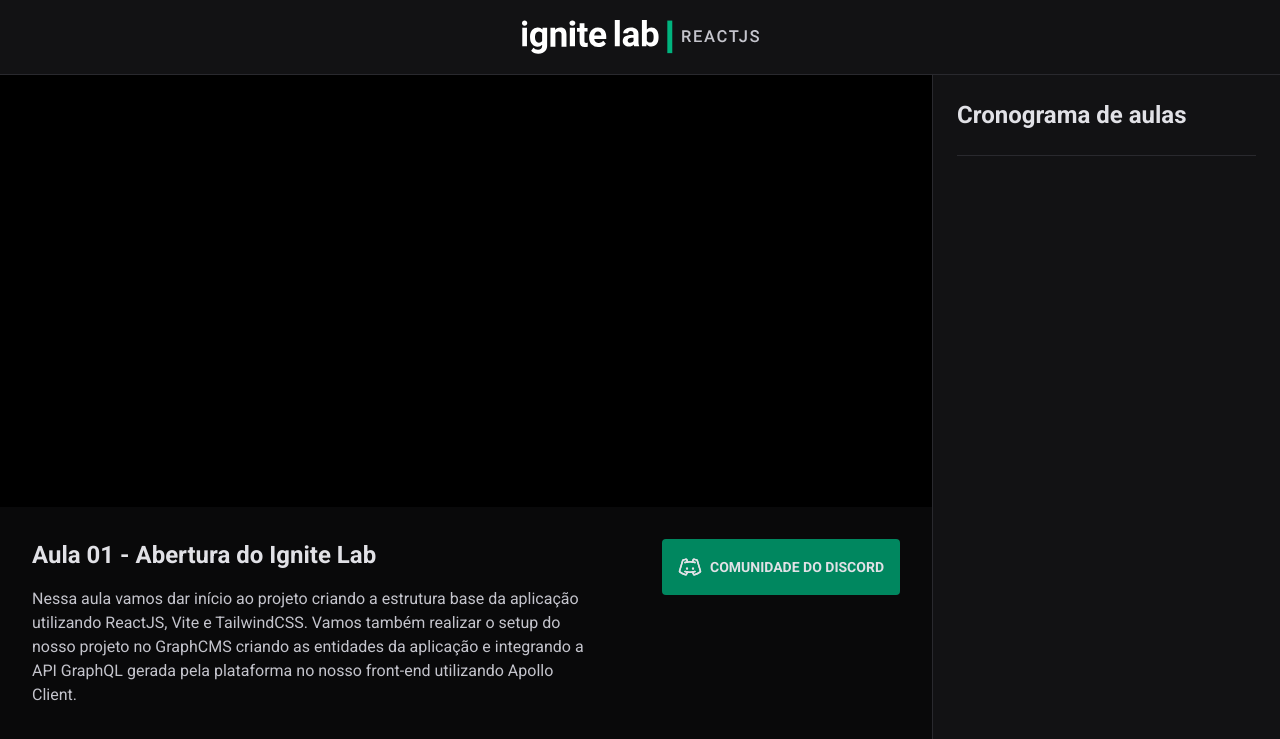
Repository: XFERRER7/Ignite-lab
Page: /
An editor plug-in stored every save of this project. The page is shown before and after a run of saves, followed by the edit.
The browser window is 1280 px wide. The pictures show the whole page.
The page's requests for data from a server got no answer. The project was rebuilt for these pictures with package versions that can differ from the ones it lists, and the page was loaded fresh each time. No one was signed in, and anything a server would have sent is missing. Also part of the build but not shown: vite.config.ts, src/components/Lesson.tsx.

Above is the page before, as saved 2022-06-26 01:54:39.

### index.html
<!DOCTYPE html>
<html>
  <head>
    <meta charset="UTF-8" />
    <link rel="icon" type="image/svg+xml" href="/src/favicon.svg" />
    <meta name="viewport" content="width=device-width, initial-scale=1.0" />
    <title>Event Platform</title>
    <link rel="preconnect" href="https://fonts.googleapis.com">
<link rel="preconnect" href="https://fonts.gstatic.com" crossorigin>
<link href="https://fonts.googleapis.com/css2?family=Roboto:wght@400;500;700&display=swap" rel="stylesheet">
  </head>
  <body>
    <div id="root"></div>
    <script type="module" src="/src/main.tsx"></script>
  </body>
</html>

### src/main.tsx
import { ApolloProvider } from '@apollo/client'
import React from 'react'
import ReactDOM from 'react-dom/client'
import App from './App'
import { client } from './lib/apollo'
import './styles/Global.css'

ReactDOM.createRoot(document.getElementById('root')!).render(
  <React.StrictMode>
    <ApolloProvider client={client}>
    <App />
    </ApolloProvider>
  </React.StrictMode>
)

### src/App.tsx
import { Header } from "./components/Header"
import { Lesson } from "./components/Lesson"
import { SideBar } from "./components/SideBar"
import { Video } from "./components/Video"
import { Event } from "./pages/Event"

function App() {

  return (
    <div>
      <Event/>
    </div>
  )
}

export default App

### src/lib/apollo.ts
import { ApolloClient, InMemoryCache } from "@apollo/client";

export const client = new ApolloClient({
  uri: 'https://api-sa-east-1.graphcms.com/v2/cl4oe0npq21lo01xi4o5e7kb5/master',
  cache: new InMemoryCache()
})

### src/styles/Global.css
@tailwind base;
@tailwind components;
@tailwind utilities;

body {
  @apply text-gray-100 bg-gray-900;
  -webkit-font-smoothing: antialiased;
}

### src/pages/Event.tsx
import React from 'react'
import { Header } from '../components/Header'
import { SideBar } from '../components/SideBar'
import { Video } from '../components/Video'

export const Event = () => {
  return (
    <>
    <div className='flex flex-col min-h-screen'>
      <Header/>
      <main className='flex flex-1'>
      <Video/>
      <SideBar/>
      </main>
    </div>

    </>
  )
}

### src/components/Header.tsx
import React from 'react'
import { Logo } from './Logo'

export const Header = () => {
  return (
    <header className='w-full py-5 flex items-center justify-center bg-gray-700 border-b border-gray-600'>
      <Logo/>
    </header>
  )
}

### src/components/SideBar.tsx
import { gql, useQuery } from '@apollo/client'
import React from 'react'
import { Lesson } from './Lesson'


const GET_LESSONS_QUERY = gql`
  query {
    lessons(orderBy: availableAt_ASC, stage: PUBLISHED) {
      id
      slug
      title
      availableAt
      lessonType
    }
}

`

interface GetLessonsQueryResponse {
  lessons: {
    id: string
    slug:string
    title:string
    availableAt:string
    lessonType: 'live' | 'class'
  }[]
}


export const SideBar = () => {

  const {data} = useQuery<GetLessonsQueryResponse>(GET_LESSONS_QUERY)

  return (
    <aside className='w-[348px] bg-gray-700 p-6 border-l border-gray-600'>
      <span className='font-bold text-2xl pb-6 mb-6 border-b border-gray-600 block'>Cronograma de aulas</span>

      <div className='flex flex-col gap-8'>
        {
          data?.lessons.map(lesson => {
            return (
              <Lesson
              title={lesson.title}
              slug={lesson.slug}
              avaliableAt={new Date(lesson.availableAt)}
              type={lesson.lessonType}/>
            )
          })
        }

      </div>
    </aside>
  )
}

### src/components/Video.tsx
import { DiscordLogo } from 'phosphor-react'
import React from 'react'

export const Video = () => {
  return (
    <div className="flex-1">
      <div className="bg-black flex justify-center">
        <div className='h-full w-full max-w-[1100px] max-h-[60vh] aspect-video'></div>
      </div>

      <div className='p-8 max-w-[1100px] mx-auto'>

        <div className='flex items-start gap-16'>
          <div className='flex-1'>
            <h1 className='text-2xl font-bold'>Aula 01 - Abertura do Ignite Lab</h1>
            <p className='mt-4 text-gray-200'>
              Nessa aula vamos dar início ao projeto criando a estrutura base da aplicação
              utilizando ReactJS, Vite e TailwindCSS. Vamos também realizar o setup do nosso
              projeto no GraphCMS criando as entidades da aplicação e integrando a API GraphQL
              gerada pela plataforma no nosso front-end utilizando Apollo Client.
            </p>
          </div>
          <div className='flex flex-col gap-4 '>
            <a href=""
            className='p-4 text-sm bg-green-500 flex items-center rounded font-bold uppercase
            gap-2 justify-center'>
              <DiscordLogo size={24}/>
              Comunidade do discord
            </a>
            <a href="">

            </a>
          </div>
        </div>

        <div>

        </div>

      </div>

    </div>
  )

}

### src/components/Logo.tsx
import React from "react";

export function Logo() {
  return (
    <svg
      xmlns="http://www.w3.org/2000/svg"
      width="237"
      height="34"
      fill="none"
      viewBox="0 0 237 34"
    >
      <path
        fill="#fff"
        d="M.002 3.112a2.49 2.49 0 01.165-.987c.12-.314.304-.595.535-.83A2.906 2.906 0 012.615.572c.698 0 1.374.257 1.912.723.23.24.412.524.536.837a2.701 2.701 0 010 1.979 2.568 2.568 0 01-.536.837 2.889 2.889 0 01-1.907.723 2.901 2.901 0 01-1.908-.723 2.458 2.458 0 01-.538-.84 2.645 2.645 0 01-.172-.996zm4.96 23.146H.273V7.862h4.689v18.397zM8.012 16.973c0-2.853.686-5.145 2.055-6.883a6.653 6.653 0 015.528-2.606 5.869 5.869 0 014.802 2.09l.2-1.751h4.538v17.95a7.891 7.891 0 01-1.12 4.246 7.243 7.243 0 01-3.147 2.752 11.155 11.155 0 01-4.742.94c-1.378 0-2.74-.279-4.008-.812a7.08 7.08 0 01-2.946-2.11l2.208-3.02a5.905 5.905 0 004.543 2.08 4.356 4.356 0 003.104-1.059 3.938 3.938 0 001.103-2.993v-.994a5.775 5.775 0 01-4.555 1.935 6.647 6.647 0 01-3.05-.652 6.615 6.615 0 01-2.408-1.967c-1.397-1.752-2.085-4.089-2.085-6.942v-.21h-.025l.005.006zm4.997.355a6.723 6.723 0 001.026 3.956 3.233 3.233 0 002.799 1.443c.651.045 1.3-.088 1.878-.39a3.52 3.52 0 001.396-1.305v-7.825a3.448 3.448 0 00-1.374-1.305 3.504 3.504 0 00-1.86-.39 3.28 3.28 0 00-1.61.365 3.22 3.22 0 00-1.219 1.103c-.688.975-1.036 2.418-1.036 4.348zM33.098 7.833l.158 2.196a6.527 6.527 0 012.371-1.927 6.38 6.38 0 012.971-.62c1.97 0 3.438.597 4.39 1.79.953 1.194 1.456 2.936 1.486 5.293v12.249h-4.962V14.683a3.367 3.367 0 00-.684-2.344 3.086 3.086 0 00-1.069-.598 3.008 3.008 0 00-1.211-.13 3.349 3.349 0 00-1.821.454c-.553.32-1.01.794-1.313 1.367v13.37H28.45V7.845l4.647-.012zM47.512 3.112a2.304 2.304 0 01.185-.988 2.42 2.42 0 01.59-.831A3.439 3.439 0 0150.404.57c.772 0 1.52.256 2.117.723.508.486.792 1.142.792 1.826 0 .683-.284 1.34-.792 1.826a3.417 3.417 0 01-2.11.723c-.77 0-1.517-.257-2.11-.723a2.47 2.47 0 01-.594-.839 2.342 2.342 0 01-.19-.994h-.005zm5.483 23.149h-5.18V7.86h5.18v18.4zM62.454 3.334v4.612h3.107v3.677h-3.107v9.382c-.05.53.091 1.063.395 1.495a1.824 1.824 0 001.473.45c.476.002.95-.035 1.421-.114v3.803a9.672 9.672 0 01-2.939.449c-3.398 0-5.128-1.775-5.19-5.32V11.644h-2.642V7.968h2.643V3.356h4.841v-.025l-.002.003zM76.487 27.08a9.277 9.277 0 01-6.759-2.55c-1.74-1.699-2.605-3.957-2.605-6.797v-.494a11.295 11.295 0 011.098-5.08 8.141 8.141 0 013.111-3.465 8.72 8.72 0 014.59-1.22c2.577 0 4.62.815 6.098 2.449 1.478 1.633 2.226 3.94 2.226 6.929v2.055h-12.01a4.665 4.665 0 001.473 2.971 4.487 4.487 0 003.111 1.111 5.426 5.426 0 004.548-2.115l2.476 2.781a7.506 7.506 0 01-3.07 2.507 9.81 9.81 0 01-4.287.916v.002zm-.594-15.514a3.127 3.127 0 00-2.428 1.012 5.405 5.405 0 00-1.188 2.912h7.006v-.405a3.749 3.749 0 00-.908-2.608 3.252 3.252 0 00-2.45-.908h-.03l-.002-.003zM97.771 26.259h-4.957V0h4.957V26.26zM112.209 26.259c-.227-.444-.392-.997-.496-1.659-1.196 1.333-2.751 2.002-4.666 2.002-1.811 0-3.314-.523-4.504-1.572-1.191-1.049-1.786-2.372-1.786-3.966 0-1.96.725-3.464 2.179-4.513 1.453-1.049 3.553-1.58 6.3-1.59h2.273v-1.06c0-.854-.22-1.54-.659-2.051-.44-.513-1.131-.77-2.078-.77-.832 0-1.486.2-1.957.6-.474.4-.708.945-.708 1.64h-4.941c0-1.07.331-2.062.992-2.973.662-.91 1.597-1.626 2.804-2.144 1.206-.518 2.564-.778 4.069-.778 2.28 0 4.089.573 5.429 1.718 1.34 1.145 2.009 2.756 2.009 4.83v8.017c.012 1.754.256 3.082.735 3.983v.29h-4.992l-.003-.004zm-4.086-3.435c.728 0 1.402-.163 2.016-.486.614-.326 1.071-.76 1.367-1.308v-3.181h-1.846c-2.472 0-3.79.854-3.948 2.564l-.017.291c0 .614.217 1.123.649 1.523.434.4 1.026.6 1.779.6v-.003zM136.58 17.183c0 2.963-.632 5.273-1.898 6.931-1.265 1.659-3.032 2.488-5.3 2.488-2.006 0-3.608-.77-4.805-2.308l-.222 1.967h-4.444V.001h4.94v9.418c1.14-1.332 2.638-2 4.496-2 2.256 0 4.025.828 5.308 2.487 1.283 1.658 1.923 3.992 1.923 7v.274l.002.003zm-4.94-.358c0-1.868-.296-3.233-.889-4.094-.592-.861-1.475-1.29-2.65-1.29-1.572 0-2.655.643-3.247 1.932v7.299c.604 1.298 1.697 1.95 3.282 1.95 1.584 0 2.643-.788 3.146-2.36.239-.752.358-1.897.358-3.437z"
      ></path>
      <path
        fill="#C4C4CC"
        d="M164.51 17.501h-2.283v4.53h-2.048v-11.78h4.143c1.36 0 2.408.306 3.149.915.74.61 1.108 1.493 1.108 2.648 0 .787-.19 1.449-.57 1.98-.38.532-.911.94-1.59 1.226l2.646 4.906v.106h-2.194l-2.364-4.531h.003zm-2.283-1.65h2.105c.691 0 1.229-.176 1.619-.524.39-.348.582-.824.582-1.429 0-.604-.18-1.12-.538-1.466-.358-.345-.893-.523-1.606-.533h-2.162V15.85zM179.066 16.773h-4.839v3.625h5.656v1.634h-7.704V10.25h7.648v1.65h-5.6v3.253h4.839v1.62zM189.803 19.29h-4.565l-.955 2.744h-2.127l4.452-11.783h1.836l4.459 11.783h-2.137l-.963-2.744zm-3.99-1.65h3.415l-1.707-4.89-1.708 4.89zM204.716 18.197c-.119 1.256-.583 2.238-1.392 2.941-.81.703-1.885 1.056-3.228 1.056-.938 0-1.764-.222-2.48-.668-.715-.445-1.266-1.079-1.656-1.898-.387-.82-.589-1.772-.607-2.858v-1.1c0-1.11.198-2.09.59-2.937.392-.846.96-1.5 1.695-1.96.736-.458 1.587-.688 2.554-.688 1.301 0 2.347.353 3.139 1.057.792.703 1.254 1.7 1.385 2.99h-2.039c-.096-.846-.343-1.458-.74-1.833-.397-.375-.977-.563-1.745-.563-.89 0-1.574.326-2.05.977-.479.652-.721 1.605-.733 2.863v1.044c0 1.273.227 2.245.683 2.917.457.668 1.123 1.004 2.004 1.004.805 0 1.409-.18 1.814-.543.405-.363.661-.962.77-1.804h2.038l-.002.003zM216.481 11.902h-3.674v10.132h-2.031V11.902h-3.642V10.25h9.347v1.65zM222.759 10.251h2.039v8.262c0 1.127-.353 2.023-1.057 2.687-.703.664-1.633.995-2.788.995-1.229 0-2.179-.311-2.848-.93-.669-.62-1.004-1.484-1.004-2.59h2.038c0 .627.156 1.096.467 1.412.31.316.76.474 1.347.474.55 0 .989-.183 1.315-.545.326-.366.489-.867.489-1.51V10.25h.002zM234.952 18.999c0-.518-.183-.918-.545-1.197-.363-.279-1.022-.563-1.972-.849-.95-.286-1.705-.604-2.265-.955-1.074-.674-1.612-1.555-1.612-2.638 0-.95.388-1.732 1.163-2.347.774-.614 1.779-.922 3.015-.922.819 0 1.55.15 2.194.454a3.597 3.597 0 011.513 1.29c.367.558.55 1.177.55 1.858h-2.038c0-.614-.193-1.095-.578-1.443-.385-.348-.938-.524-1.656-.524-.668 0-1.189.144-1.557.43-.37.286-.555.686-.555 1.197 0 .432.2.792.6 1.08.399.29 1.056.57 1.974.842.918.271 1.653.582 2.208.93.556.348.963.748 1.222 1.197.259.452.387.977.387 1.582 0 .982-.375 1.762-1.127 2.342-.753.58-1.775.87-3.063.87a5.755 5.755 0 01-2.352-.473c-.715-.316-1.27-.75-1.668-1.308-.397-.555-.594-1.204-.594-1.942h2.048c0 .669.222 1.187.664 1.555.441.367 1.075.55 1.902.55.713 0 1.246-.143 1.607-.432.357-.288.538-.671.538-1.145l-.003-.002z"
      ></path>
      <path fill="#00B37E" d="M150.271 33.146h-4.958V.57h4.958v32.576z"></path>
    </svg>
  );
}

### tailwind.config.js
/** @type {import('tailwindcss').Config} */
module.exports = {
  content: [
    './src/**/*.tsx'
  ],
  theme: {
    extend: {
      fontFamily: {
        sans: 'Roboto, sans-serif'
      },
      colors: {
        green: {
          300: '#00B37E',
          500: '#00875F',
          700: '#015F43',
        },
        blue: {
          500: '#81D8F7',
        },
        orange: {
          500: '#FBA94C',
        },
        red: {
          500: '#F75A68',
        },
        gray: {
          100: '#E1E1E6',
          200: '#C4C4CC',
          300: '#8D8D99',
          500: '#323238',
          600: '#29292E',
          700: '#121214',
          900: '#09090A'
        }
      }
    },
  },
  plugins: [],
}

After the next 2 saves:
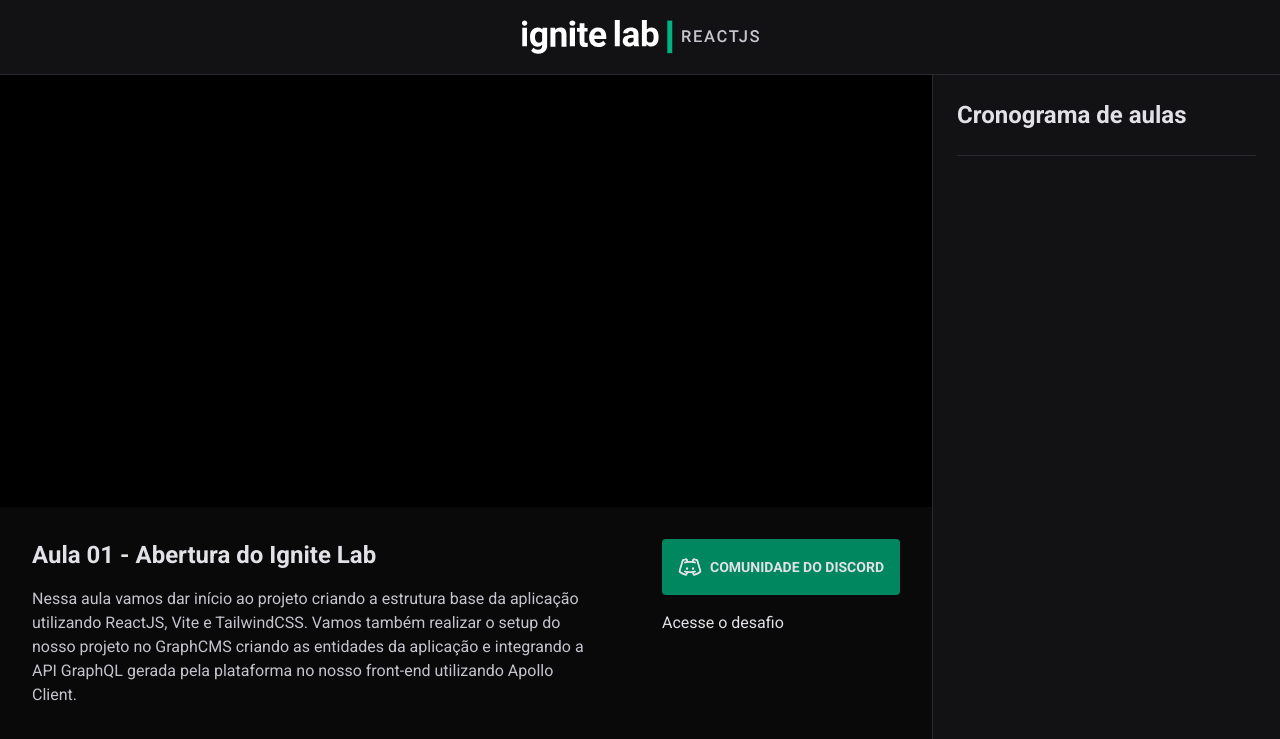
The 2 saves are shown as one change because they came seconds apart.
The last was saved 16 s later.
--- a/src/components/Video.tsx
+++ b/src/components/Video.tsx
@@ -28,7 +28,7 @@
               Comunidade do discord
             </a>
             <a href="">
-
+              Acesse o desafio
             </a>
           </div>
         </div>
